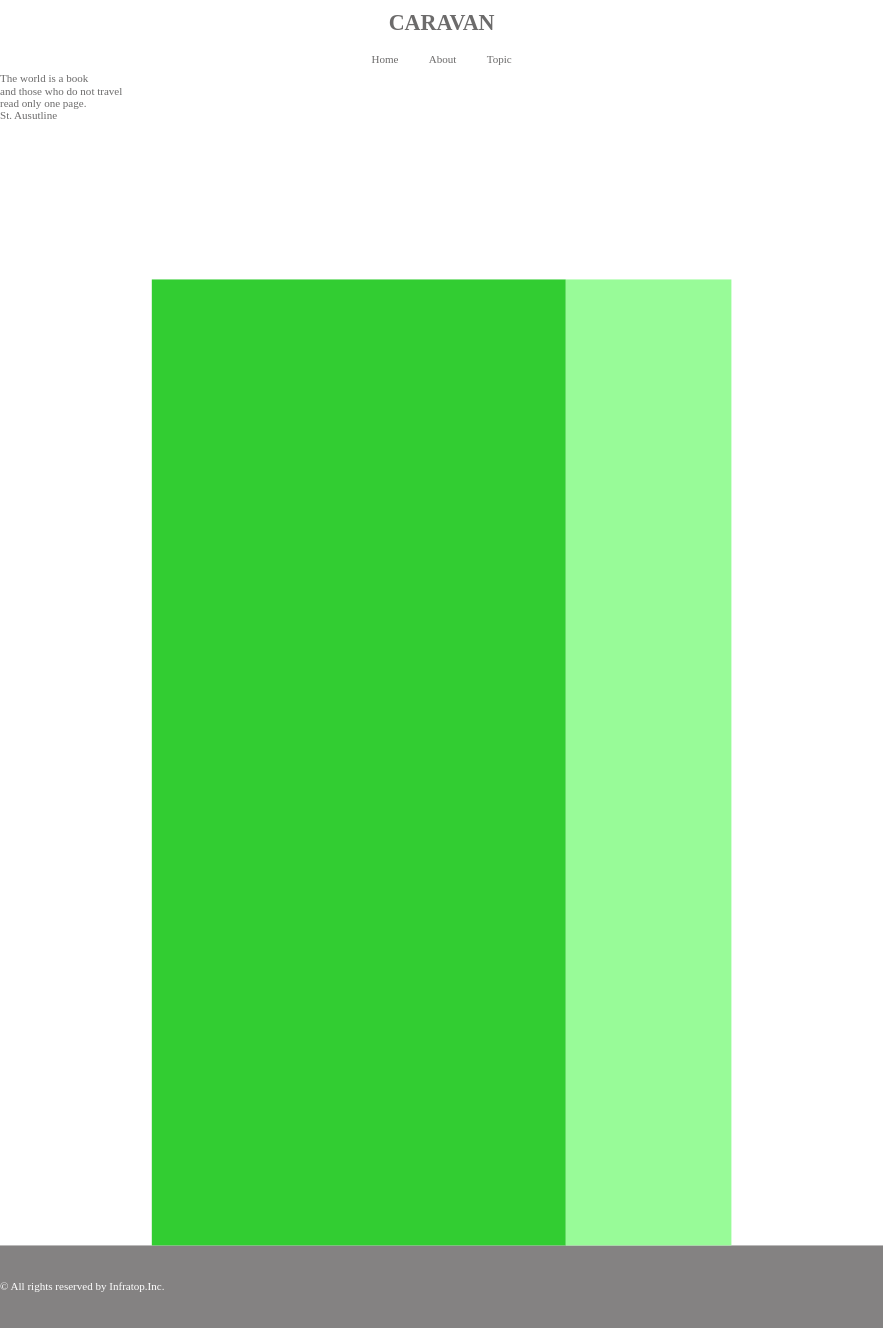
Repository: 44641/chapter9_exercise
Page: caravan/index.html
The author's editor kept a record of every edit. The page is drawn from the files as they stood at one moment, then again after the next edit.
The browser window is 1280 px wide. The pictures show the whole page, at 69% of full size.

Above is the page before.

### caravan/index.html
<!DOCTYPE html>
<html lang="ja">
  <head>
    <meta charest="UTF-8" />
    <link rel="stylesheet" href="style.css" />
    <title>CARAVAN</title>
    </head>

    <body>
      <header>
        <h1 class="heading">
          <a href="index.html">
          CARAVAN
          </a>
        </h1>
      </header>

    <nav>
      <ul class="nav-list">
        <li class="nav-list-item">
          <a href="index.html">Home</a>
        </li>
        <li class="nav-list-item">About</li>
        <li class="nav-list-item">Topic</li>
        </ul>
    </nav>

      <div class="main-visual">
       <div class="main-visual-content">
         <p class="main-visual-text">
           The world is a book<br />
           and those who do not travel<br /> read only one page.
         </p>
         <p class="main-visual-name">
           St. Ausutline
         </p>
       </div>
      </div>

      <div class="main">
       <div class="blog"></div>
       <div class="sidebar"></div>
       </div>


      <footer>
        <p class="footer-text">© All rights reserved by Infratop.Inc.</p>
      </footer>



    </body>
</html>

### caravan/style.css
/* ブラウザがそれぞれ持っているCSSをリセットするための記述 */
*
{
  margin: 0;
  padding: 0;
  box-sizing: border-box;
    color: #6c6b6b;
}

a {
  text-decoration: none;
}

header {
  width: 90%;
  padding: 15px 0;
  margin: 0 auto;
  text-align: center;
}

header .heading {
  font-size: 32px;
}

.nav-list {
  text-align: center;
  padding: 10px 0;
  margin: 0 auto;
}

.nav-list-item {
  list-style: none;
  display: inline-block;
  margin: 0 20px;
}

.main-visual {
  width: 100%;
  height: 300px;
}

.main-visual-content {
  width: 350px;
  height: 300px;
}

.main{
  width: 840px;;
  display: flex;
  justify-content: center;
  margin: 0 auto;
}

.blog {
  width: 600px;
  height: 1400px;
  background-color: limegreen;
}

.sidebar {
  width: 240px;
  height: 1400px;
  background-color: palegreen;
}

footer {
  width: 100%;
  height: 120px;
  taxt-align: center;
  line-height: 120px;
  background-color: #848282;
}

.footer-text {
  color: #fff;
}

After the next edit:
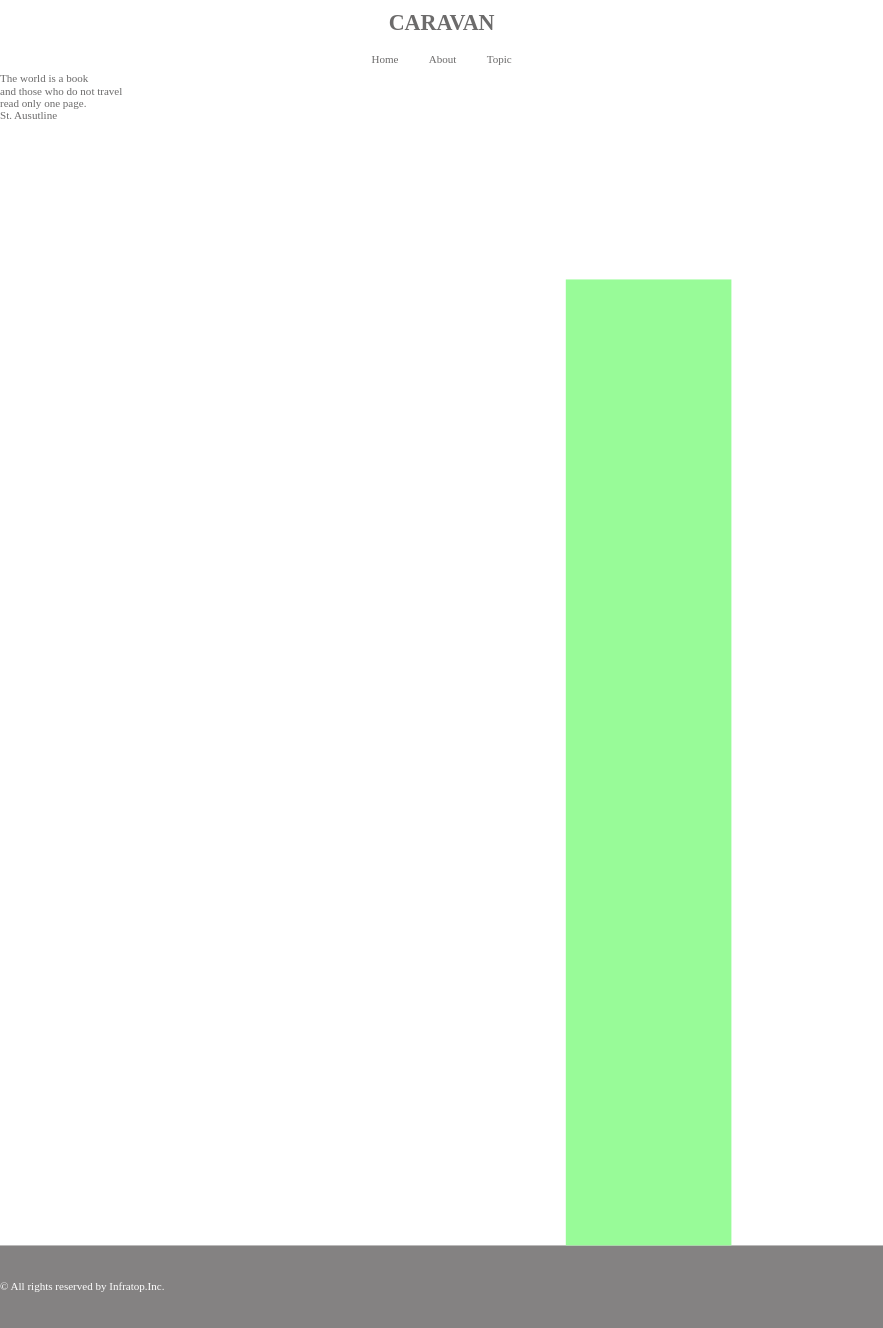
The edit:
--- a/caravan/style.css
+++ b/caravan/style.css
@@ -54,7 +54,6 @@
 .blog {
   width: 600px;
   height: 1400px;
-  background-color: limegreen;
 }
 
 .sidebar {
